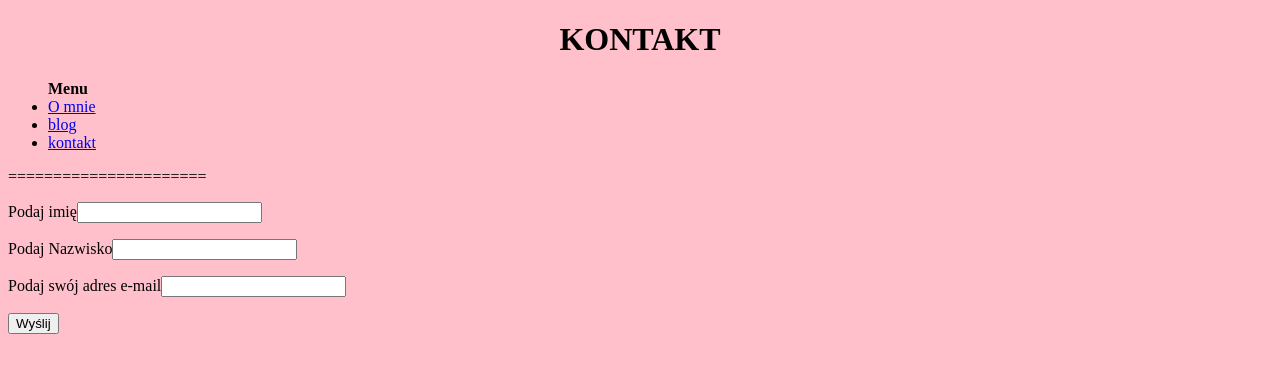
Repository: TomaszPrysak/spring_programy
Page: http://localhost/kontakt
An editor plug-in stored every save of this project. The page is shown before and after the next save, followed by the edit.
The browser window is 1280 px wide. The pictures show the whole page.
The page is this project's Thymeleaf template; nobody is signed in. The template is opened directly, without the code that normally fills it, so the values that code supplies are empty.

Above is the page before, as saved 2017-08-28 12:59:55.

### Spring_Cwiczenie_S1_Jar/src/main/resources/templates/kontakt.html
<!DOCTYPE html>
<html xmlns:th="http://www.thymeleaf.org">

	<head>
		<meta http-equiv="Content-type" content="text/html; charset=utf-8"/>
		<link rel="stylesheet" href="style.css"/>
	</head>



	<body>
		<h1>KONTAKT</h1>

		<ul><b>Menu</b>
			<li><a href="/">O mnie</a></li>
  			<li><a href="/blog">blog</a></li>
  			<li><a href="#">kontakt</a></li>
		</ul>

		<p>======================</p>

		<form action="/success" method="get">
			<p>Podaj imię<input type="text" name="first"/></p>
			<p>Podaj Nazwisko<input type="text" name="last"/></p>
			<p>Podaj swój adres e-mail<input type="email" name="email"/></p>
			<input type="submit" value="Wyślij"/>
		</form>
	</body>
</html>

### Spring_Cwiczenie_S1_Jar/src/main/resources/static/style.css
body	{
		background-color: pink;
}

h1{
	text-align: center;
	color: light blue;
}

After the next save:
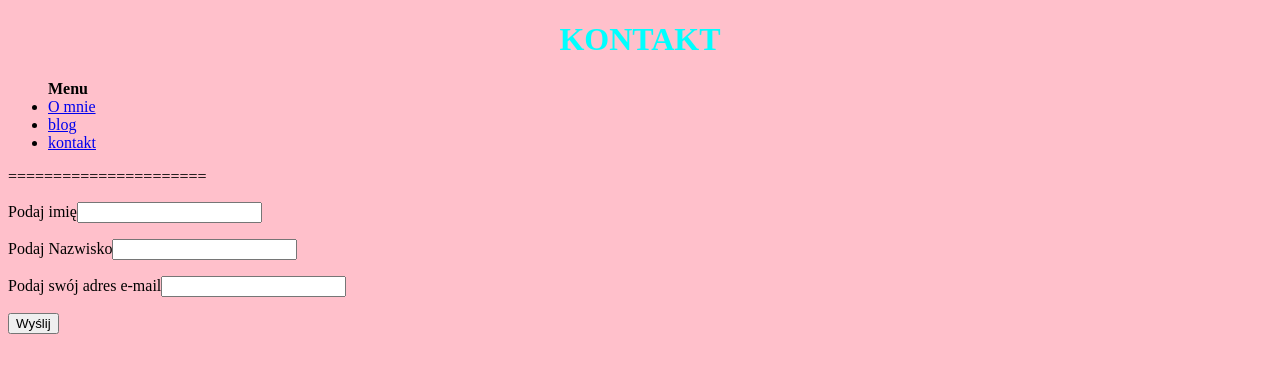
Saved 70 s later.
--- a/Spring_Cwiczenie_S1_Jar/src/main/resources/static/style.css
+++ b/Spring_Cwiczenie_S1_Jar/src/main/resources/static/style.css
@@ -4,5 +4,5 @@ body	{
 
 h1{
 	text-align: center;
-	color: light blue;
+	color: cyan;
 }
